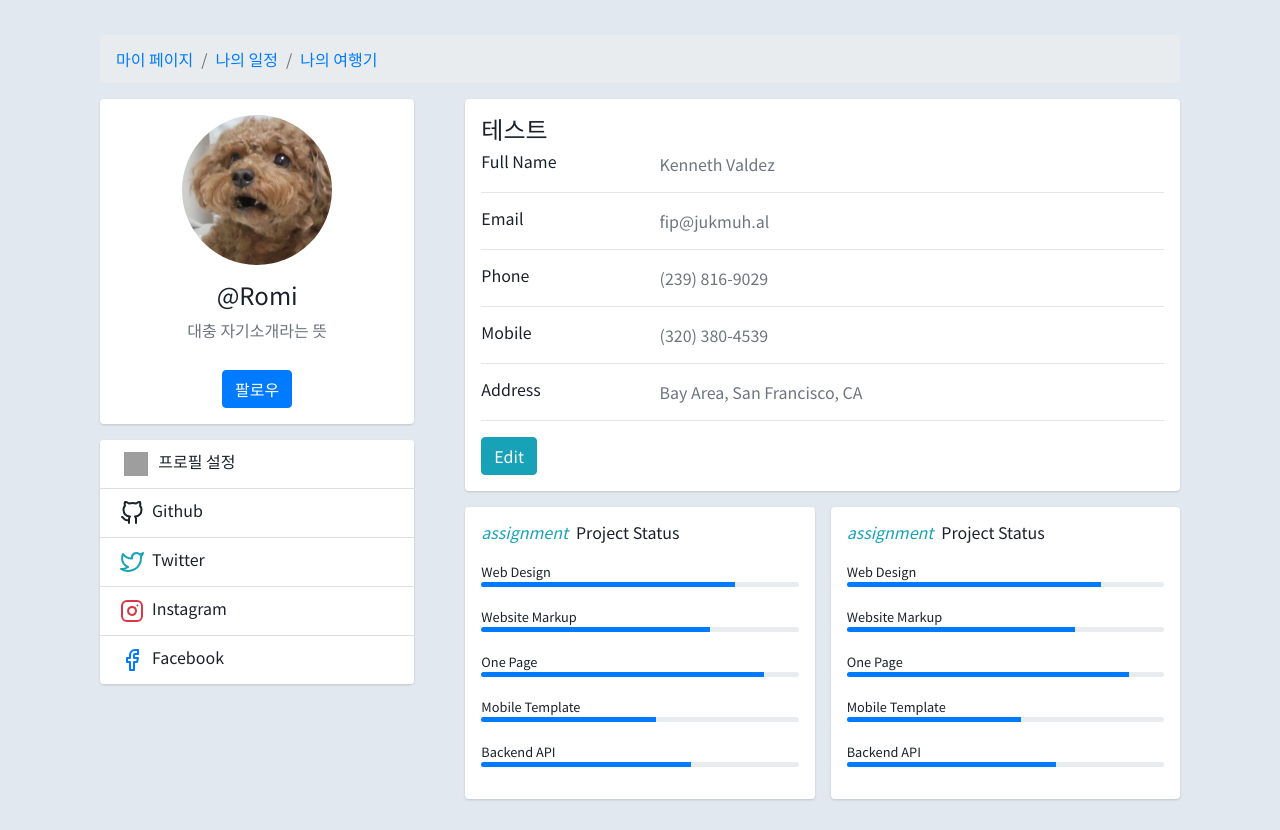
Repository: jangseohyun/LEGGO_2021
Page: http://localhost/PrjApp/ProfileTest.jsp
The author's editor kept a copy of each file at every save. The page is drawn from the files as they stood at one save, then again after the next save.
The browser window is 1280 px wide. The pictures show the whole page.
Pictures or frames that could not be fetched are drawn as grey boxes. Some web libraries are served in a nearby version. The page is served by Tomcat 9.

Above is the page before, as saved 2021-06-27 09:47:54.

After the next save:
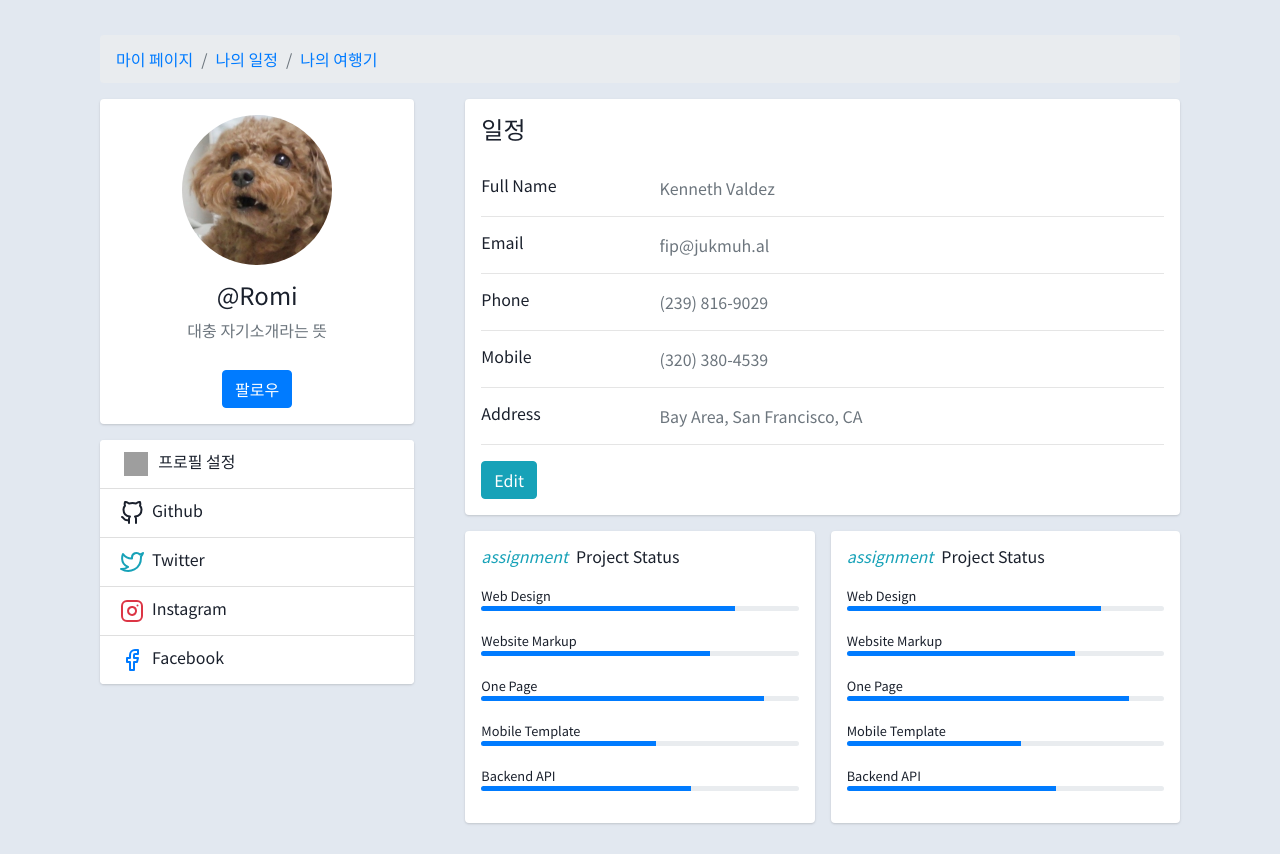
Saved 14 s later.
--- a/PrjApp/WebContent/ProfileTest.jsp
+++ b/PrjApp/WebContent/ProfileTest.jsp
@@ -69,8 +69,7 @@
             <div class="col-md-8">
               <div class="card mb-3">
                 <div class="card-body">
-
-                  <h4>테스트</h4>
+                  <h4>일정</h4><br>
                   <div class="row">
                     <div class="col-sm-3">
                       <h6 class="mb-0">Full Name</h6>
